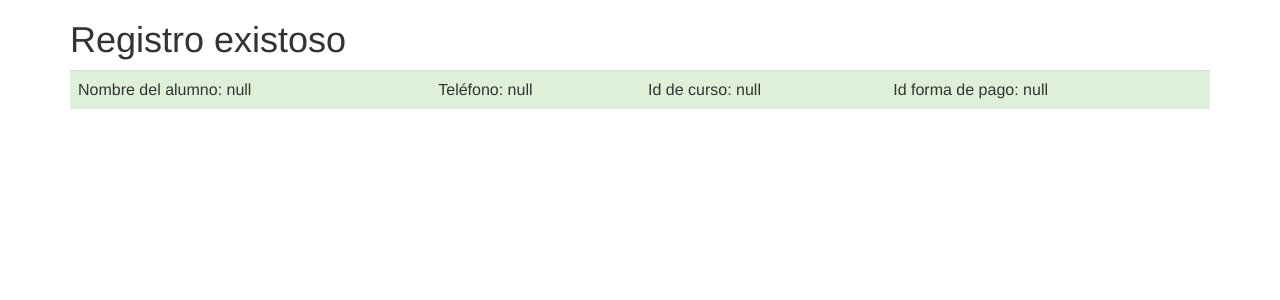
Repository: MarceArratia/ProyectosJava
Page: http://localhost/ListarInscripciones/preConfirmacion
These files come from the project's save history. The page is drawn as it stood at one moment and after the next save; the edit follows.
The browser window is 1280 px wide. The pictures show the whole page.
The page is served by Tomcat 9. Other server files are loaded and not shown.

Above is the page before, as saved 2020-07-29 01:46:08.

### ListarInscripciones/WebContent/confirmacion.jsp
<%@ page language="java" contentType="text/html; charset=UTF-8" pageEncoding="UTF-8"%>
<%

   String nombre = request.getParameter("nombre");
   String celular = request.getParameter("telefono");
   String idCurso = request.getParameter("idCurso");
   String idFormaDePago = request.getParameter("idFormaPago");
%>

<html>
<head>
<meta charset="ISO-8859-1">
<link rel="stylesheet" href="https://maxcdn.bootstrapcdn.com/bootstrap/3.4.0/css/bootstrap.min.css">
<script src="https://ajax.googleapis.com/ajax/libs/jquery/3.4.0/jquery.min.js"></script>
<script src="https://maxcdn.bootstrapcdn.com/bootstrap/3.4.0/js/bootstrap.min.js"></script>
<title>Confirmacion</title>
</head>
<body>
<div class="container">

   <h1>Registro existoso</h1>
   <table class="table">
   <tr class="table-active"><%= " " %>
<td class="bg-success">Nombre del alumno: <%=nombre%></td>
<td class="bg-success">Teléfono: <%=celular%></td>
<td class="bg-success">Id de curso: <%=idCurso%></td>
<td class="bg-success">Id forma de pago: <%=idFormaDePago%></td>


</tr>
 </table>
</div>
</body>
</html>

### ListarInscripciones/src/com/desafiolatam/servlets/PreConfirmacion.java
package com.desafiolatam.servlets;

import java.io.IOException;

import javax.servlet.ServletException;
import javax.servlet.annotation.WebServlet;
import javax.servlet.http.HttpServlet;
import javax.servlet.http.HttpServletRequest;
import javax.servlet.http.HttpServletResponse;

@WebServlet("/preConfirmacion")
public class PreConfirmacion extends HttpServlet
{
   protected void doGet(HttpServletRequest request ,HttpServletResponse response)
		   								   throws ServletException
                                          ,IOException
   {
       // redirecciono el request a la pagina JSP
      request.getRequestDispatcher("confirmacion.jsp").forward(request, response);
   }
}

After the next save:
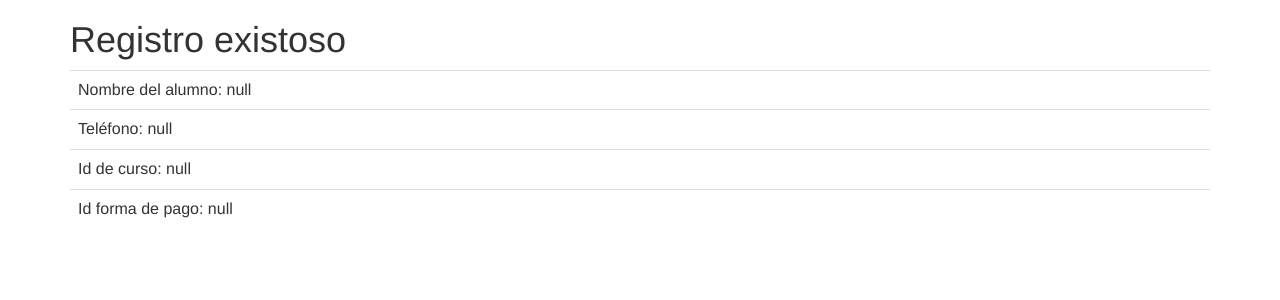
Saved 9 min 46 s later.
--- a/ListarInscripciones/WebContent/confirmacion.jsp
+++ b/ListarInscripciones/WebContent/confirmacion.jsp
@@ -19,14 +19,19 @@
 <div class="container">
 
    <h1>Registro existoso</h1>
-   <table class="table">
-   <tr class="table-active"><%= " " %>
-<td class="bg-success">Nombre del alumno: <%=nombre%></td>
-<td class="bg-success">Teléfono: <%=celular%></td>
-<td class="bg-success">Id de curso: <%=idCurso%></td>
-<td class="bg-success">Id forma de pago: <%=idFormaDePago%></td>
 
-
+    <table class="table">
+  <tr>
+  <td>Nombre del alumno: <%=nombre%></td>
+ </tr>
+    <tr>
+ <td>Teléfono: <%=celular%></td>
+ </tr>
+   <tr>
+ <td>Id de curso: <%=idCurso%></td>
+  </tr>
+    <tr>
+	<td>Id forma de pago: <%=idFormaDePago%></td>
 </tr>
  </table>
 </div>
